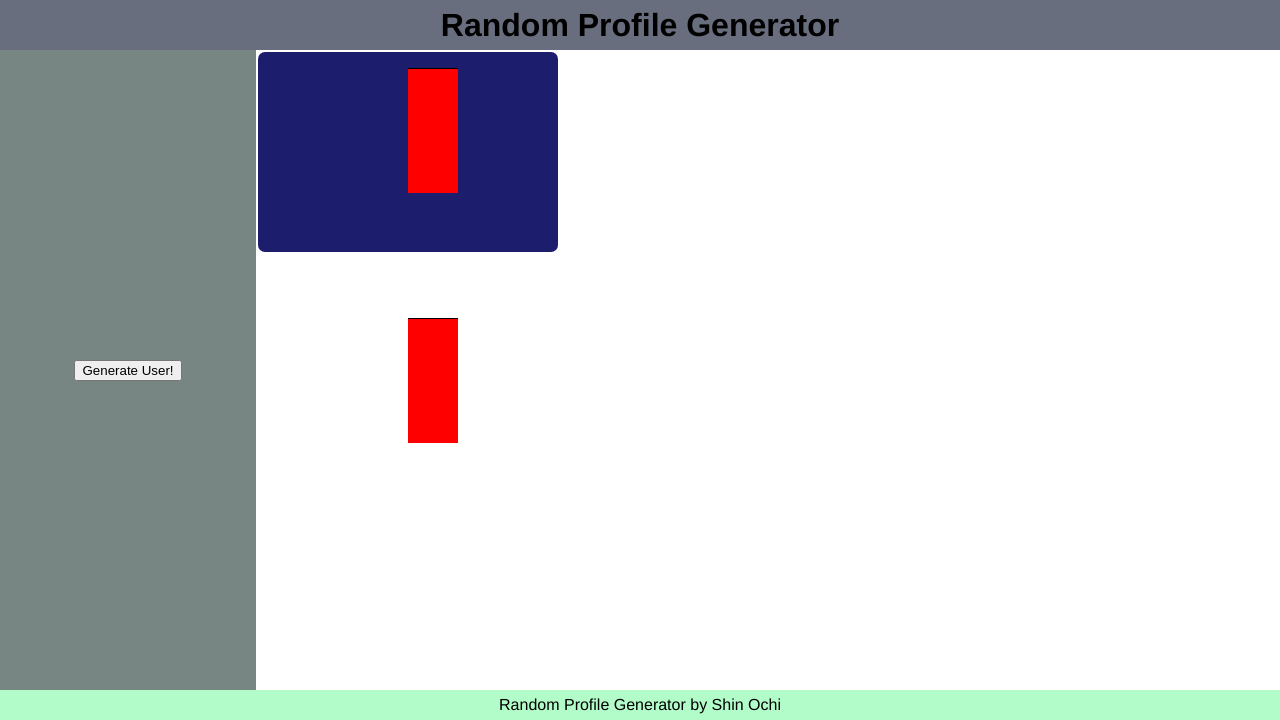
Repository: swaroopu-kr/Web-Application
Page: index.html
An editor plug-in stored every save of this project. The page is shown before and after the next save, followed by the edit.
The browser window is 1280 px wide. The pictures show the whole page.

Above is the page before, as saved 2021-11-01 16:41:59.

After the next save:
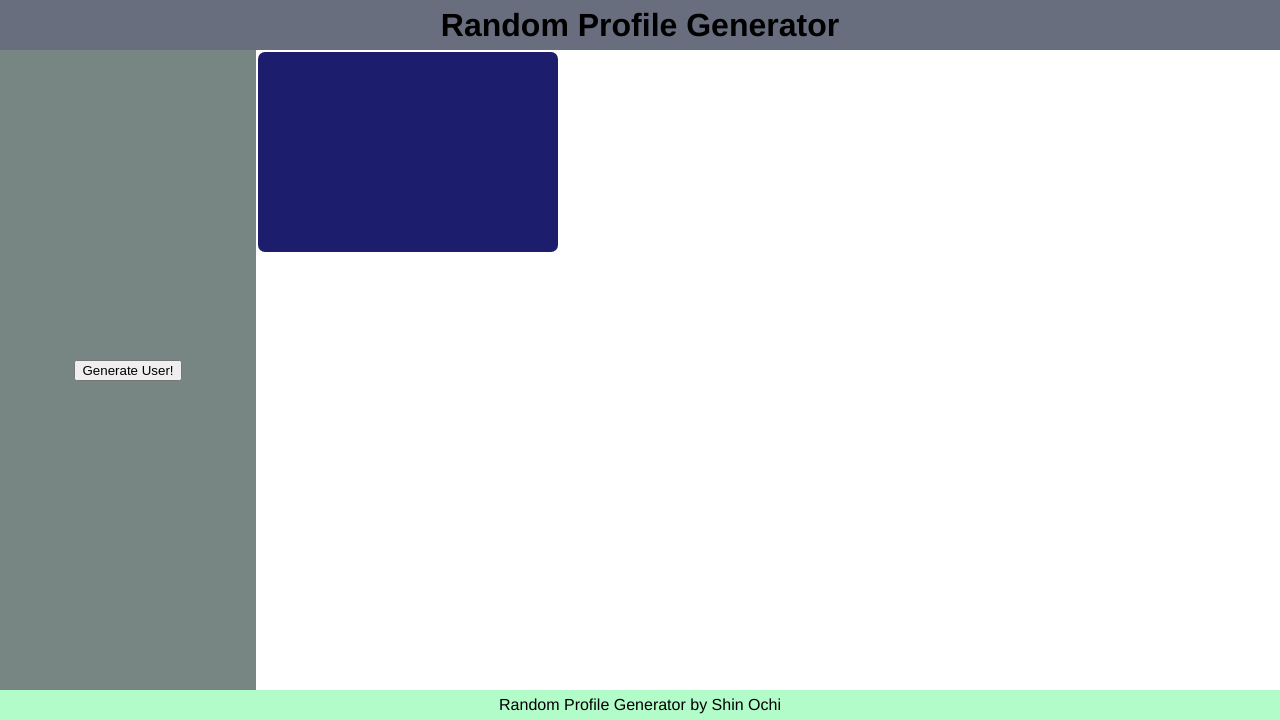
Saved 13 s later.
--- a/index.html
+++ b/index.html
@@ -26,12 +26,6 @@
 
     <main>
 
-<div class="flex-grid">
-<div class="grid-item"></div>
-<div class="grid-item"></div>
-<div class="grid-item"></div>
-<div class="grid-item"></div>
-</div>
 
     </main>
 
